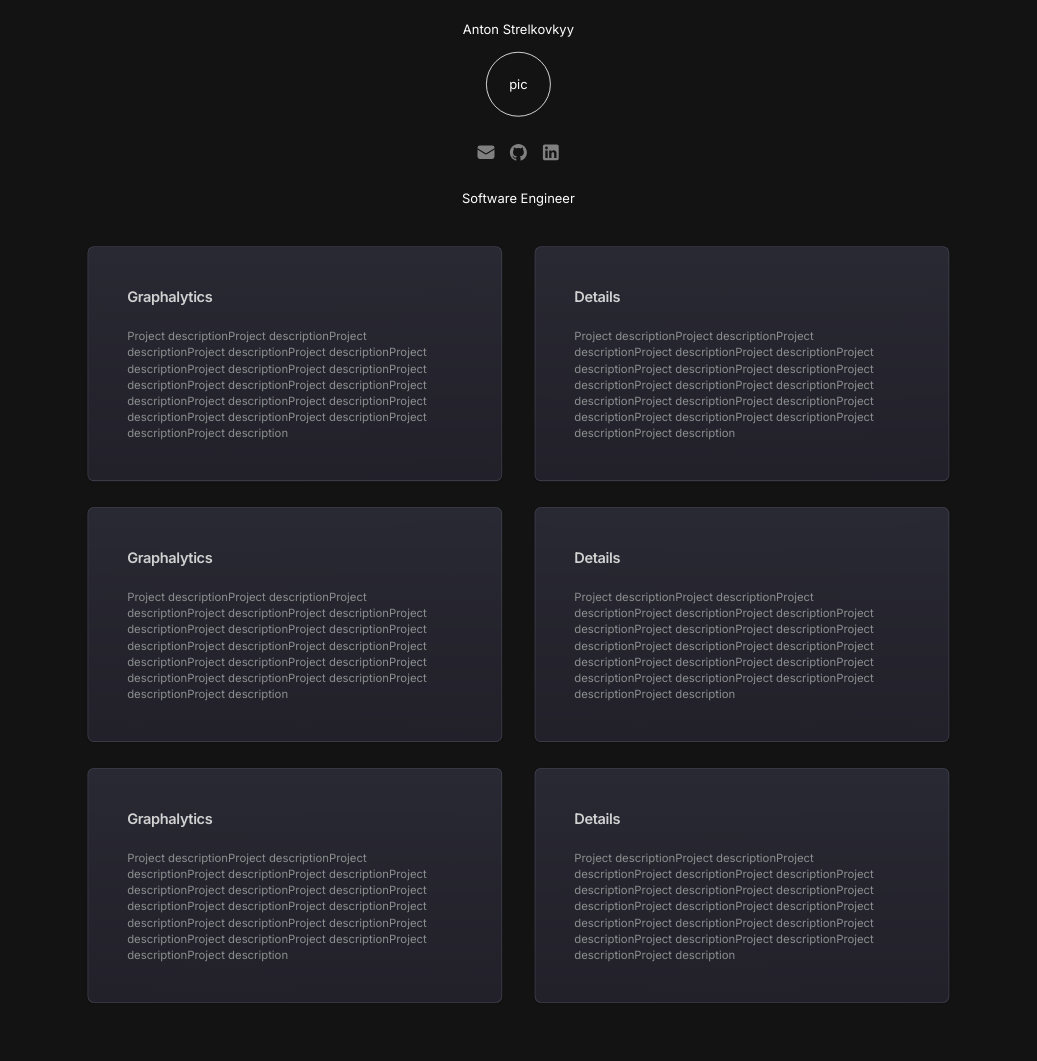
Repository: Fortivera/Anton
Page: /
These files come from the project's save history. The page is drawn as it stood at one moment and after the next save; the edit follows.
The browser window is 1280 px wide. The pictures show the whole page, at 81% of full size.
The project was rebuilt for these pictures with package versions that can differ from the ones it lists, and the page was loaded fresh each time. The framework's server and built-in components were replaced by stand-ins that run in the browser. Also part of the build but not shown: next.config.mjs.

Above is the page before, as saved 2024-05-02 00:01:10.

After the next save:
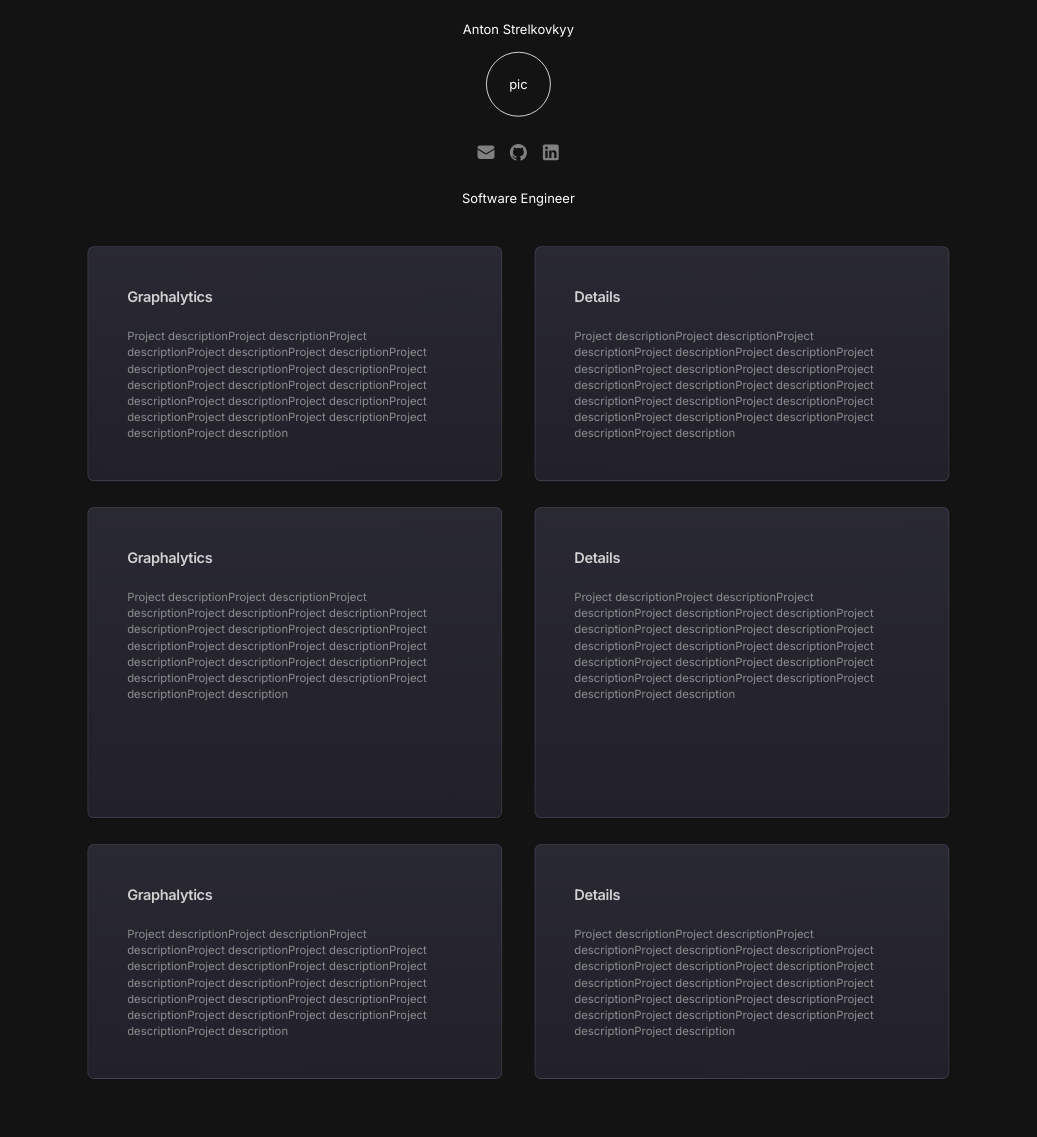
Saved 51 s later.
--- a/app/page.tsx
+++ b/app/page.tsx
@@ -49,7 +49,7 @@ export default function Home() {
 
           </div>
           <div className="flex flex-col sm:flex-row space-x-10">
-            <Card className="max-w-lg relative p-6 border rounded-lg bg-opacity-10 bg-[#9d94e9] border-[#60647872] bg-gradient-to-b from-[#35374366] to-[#24212b65]">
+            <Card className="max-w-lg min-h-96 relative p-6 border rounded-lg bg-opacity-10 bg-[#9d94e9] border-[#60647872] bg-gradient-to-b from-[#35374366] to-[#24212b65]">
               <CardHeader>
                 <CardTitle className="text-lg font-semibold text-[#D1D1D2]">Graphalytics</CardTitle>
               </CardHeader>
